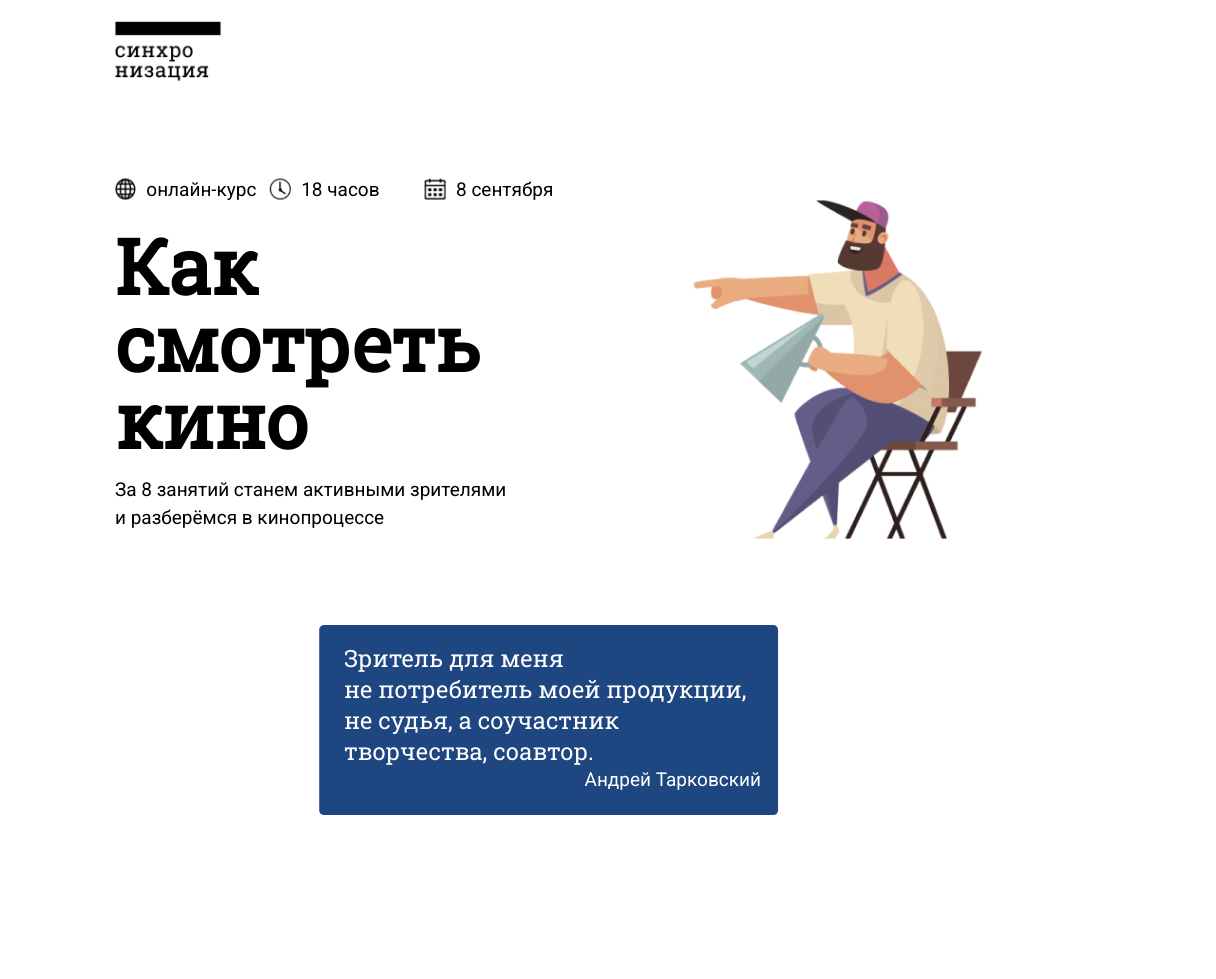
Repository: NatiqSamiyev/fiqma-task-top
Page: index.html
The author's editor kept a copy of each file at every save. The page is drawn from the files as they stood at one save, then again after a run of saves.
The browser window is 1280 px wide. The pictures show the whole page, at 95% of full size.

Above is the page before, as saved 2023-08-16 15:34:28.

After the next 2 saves:
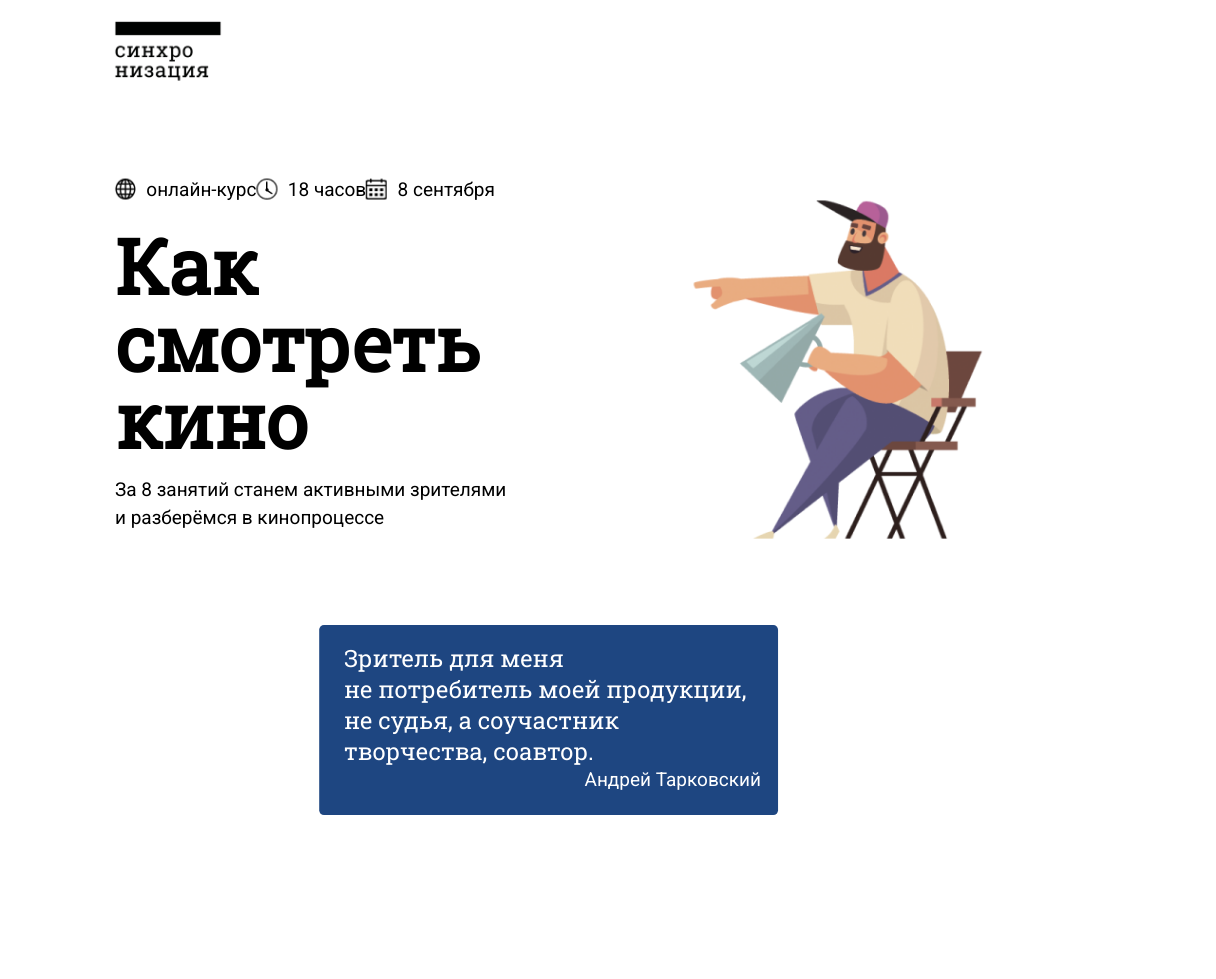
The 2 saves are shown as one change because they came seconds apart.
The last was saved 21 s later.
--- a/index.css
+++ b/index.css
@@ -25,7 +25,6 @@
 }
 
 .container ul li p {
-  width: 130px;
   margin-left: 11px;
   color: #000;
 font-family: Roboto;
